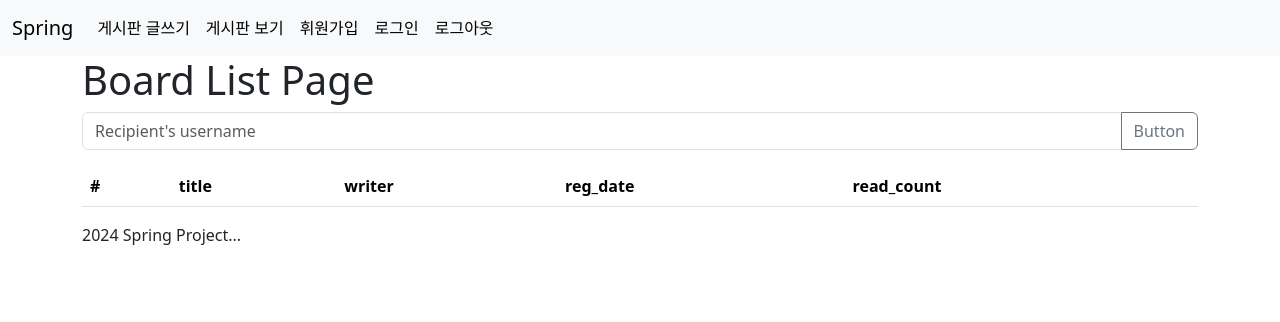
Repository: dlfhrrl12/springtest
Page: http://localhost/spring_study/WEB-INF/views/board/list.jsp
The author's editor kept a copy of each file at every save. The page is drawn from the files as they stood at one save, then again after the next save.
The browser window is 1280 px wide. The pictures show the whole page.
The page is served by Tomcat 9. Nobody is signed in. The template is opened directly, without the code that normally fills it, so the values that code supplies are empty.

Above is the page before, as saved 2024-04-24 08:12:37.

### spring_study/src/main/webapp/WEB-INF/views/board/list.jsp
<%@ page language="java" contentType="text/html; charset=UTF-8"
    pageEncoding="UTF-8"%>
	<%@ taglib uri="http://java.sun.com/jsp/jstl/core"  prefix="c"%>

<jsp:include page="../layout/header.jsp"/>

<div class="container-md">
	<h1>Board List Page</h1>
	<form action="">
		<div class="input-group mb-3">
		  <input type="text" class="form-control" placeholder="Recipient's username" aria-label="Recipient's username" aria-describedby="button-addon2">
		  <button class="btn btn-outline-secondary" type="button" id="button-addon2">Button</button>
		</div>
	</form>
	<table class="table table-striped">
		<thead>
			<tr>
				<th>#</th>
				<th>title</th>
				<th>writer</th>
				<th>reg_date</th>
				<th>read_count</th>
			</tr>
		</thead>
		<tbody>
			<c:forEach items="${list }" var="bvo">
			<tr>
				<th>${bvo.bno }</th>
				<th><a href="/board/detail?bno=${bvo.bno }">${bvo.title }</a></th>
				<th>${bvo.writer }</th>
				<th>${bvo.reg_date }</th>
				<th>${bvo.read_count }</th>
			</tr>
			</c:forEach>
		</tbody>
	</table>
</div>

<jsp:include page="../layout/footer.jsp" />

### spring_study/src/main/webapp/WEB-INF/views/layout/header.jsp
<%@ page language="java" contentType="text/html; charset=UTF-8"
    pageEncoding="UTF-8"%>
<!DOCTYPE html>
<html>
<head>
<meta charset="UTF-8">
<title>header.jsp</title>
<link href="https://cdn.jsdelivr.net/npm/bootstrap@5.3.3/dist/css/bootstrap.min.css" rel="stylesheet" integrity="sha384-QWTKZyjpPEjISv5WaRU9OFeRpok6YctnYmDr5pNlyT2bRjXh0JMhjY6hW+ALEwIH" crossorigin="anonymous">
<script src="https://cdn.jsdelivr.net/npm/bootstrap@5.3.3/dist/js/bootstrap.bundle.min.js" integrity="sha384-YvpcrYf0tY3lHB60NNkmXc5s9fDVZLESaAA55NDzOxhy9GkcIdslK1eN7N6jIeHz" crossorigin="anonymous"></script>
</head>
<body>
<nav class="navbar navbar-expand-lg bg-body-tertiary">
  <div class="container-fluid">
    <a class="navbar-brand" href="#">Spring</a>
    <button class="navbar-toggler" type="button" data-bs-toggle="collapse" data-bs-target="#navbarSupportedContent" aria-controls="navbarSupportedContent" aria-expanded="false" aria-label="Toggle navigation">
      <span class="navbar-toggler-icon"></span>
    </button>
    <div class="collapse navbar-collapse" id="navbarSupportedContent">
      <ul class="navbar-nav me-auto mb-2 mb-lg-0">
        <li class="nav-item">
          <a class="nav-link active"  href="/board/register">게시판 글쓰기</a>
        </li>
        <li class="nav-item">
          <a class="nav-link active"  href="/board/list">게시판 보기</a>
        </li>
        <li class="nav-item">
          <a class="nav-link active"  href="#">휘원가입</a>
        </li>
        <li class="nav-item">
          <a class="nav-link active"  href="#">로그인</a>
        </li>
        <li class="nav-item">
          <a class="nav-link active"  href="#">로그아웃</a>
        </li>
    </div>
  </div>
</nav>

### spring_study/src/main/webapp/WEB-INF/views/layout/footer.jsp
<%@ page language="java" contentType="text/html; charset=UTF-8"
    pageEncoding="UTF-8"%>



<div class="container-md">
	2024 Spring Project...
</div>

</body>
</html>

After the next save:
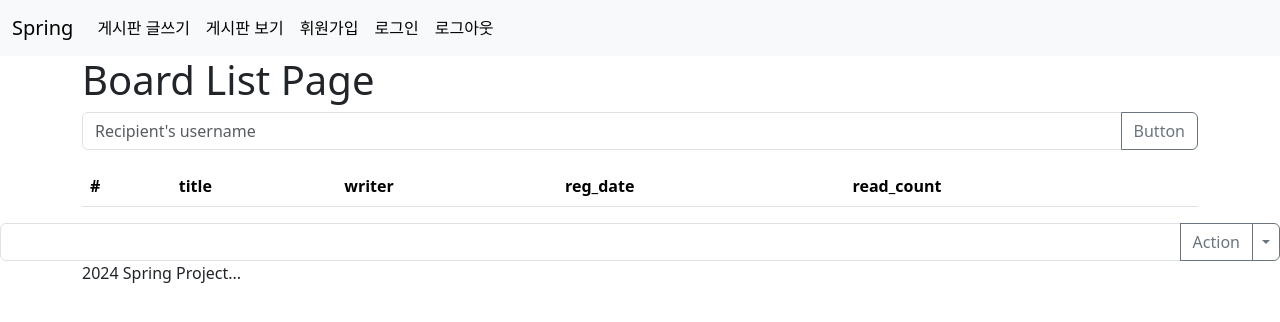
Saved 58 s later.
--- a/spring_study/src/main/webapp/WEB-INF/views/board/list.jsp
+++ b/spring_study/src/main/webapp/WEB-INF/views/board/list.jsp
@@ -36,4 +36,20 @@
 	</table>
 </div>
 
+<form action="">
+<div class="input-group">
+  <input type="text" class="form-control" aria-label="Text input with segmented dropdown button">
+  <button type="button" class="btn btn-outline-secondary">Action</button>
+  <button type="button" class="btn btn-outline-secondary dropdown-toggle dropdown-toggle-split" data-bs-toggle="dropdown" aria-expanded="false">
+    <span class="visually-hidden">Toggle Dropdown</span>
+  </button>
+  <ul class="dropdown-menu dropdown-menu-end">
+    <li><a class="dropdown-item" href="#">Action</a></li>
+    <li><a class="dropdown-item" href="#">Another action</a></li>
+    <li><a class="dropdown-item" href="#">Something else here</a></li>
+    <li><hr class="dropdown-divider"></li>
+    <li><a class="dropdown-item" href="#">Separated link</a></li>
+  </ul>
+</div>
+</form>
 <jsp:include page="../layout/footer.jsp" />
